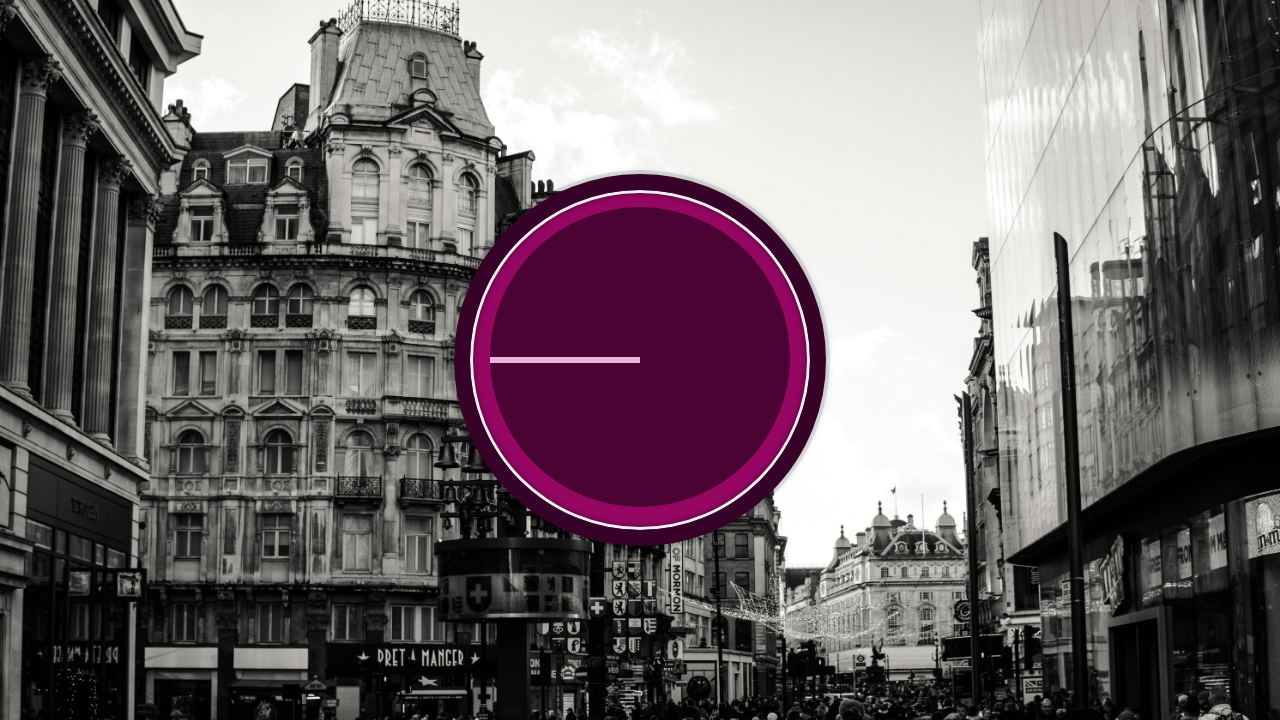
Repository: Freezler/javascript-css-clock
Page: index.html
The author's editor kept a copy of each file at every save. The page is drawn from the files as they stood at one save, then again after the next save.
The browser window is 1280 px wide. The pictures show the whole page.

Above is the page before, as saved 2024-08-24 15:51:51.

### index.html
<!DOCTYPE html>
<html lang="en">

<head>
    <meta charset="UTF-8">
    <title>JS + CSS Clock</title>
    <link rel="icon" href="https://fav.farm/🔥" />
    <link rel="stylesheet" href="style.css">
</head>

<body>
    <div class="clock">
        <div class="clock-face">
            <div class="hand hour-hand"></div>
            <div class="hand min-hand"></div>
            <div class="hand second-hand"></div>
        </div>
    </div>
    <script src="/main.js"></script>
</body>

</html>

### style.css
html {
    background: url(../javascriptCss-clock/igor.jpg) no-repeat center center fixed;
    background-repeat: no-repeat;
    background-attachment: fixed;
    background-position: center center;
    background-size: cover;
    font-family: 'system-ui', sans-serif;
    text-align: center;
    font-size: 10px;
}

body {
    margin: 0;
    font-size: 2rem;
    display: flex;
    flex: 1;
    min-height: 100vh;
    align-items: center;
}

.clock {
    width: 30rem;
    height: 30rem;
    border: 16px solid rgb(54, 2, 40);
    border-radius: 50%;
    margin: 50px auto;
    position: relative;
    padding: 2rem;
    box-shadow:
        0 0 0 4px rgba(0, 0, 0, 0.1),
        inset 0 0 0 3px #EFEFEF,
        inset 0 0 10px black,
        0 0 10px rgba(0, 0, 0, 0.2);
    background: rgb(150, 7, 100);
}

.clock-face {
    position: relative;
    width: 100%;
    height: 100%;
    transform: translateY(-3px);
    /* account for the height of the clock hands */
    background: rgba(0, 0, 0, 0.5);

    border-radius: 50%;
    z-index: 10;

}

.hand {
    width: 50%;
    height: 6px;
    background: rgb(240, 179, 221);
    position: absolute;
    top: 50%;
    z-index: 100;
}

Loaded but not shown: main.js (no stored copy; drawn as an empty file)

After the next save:
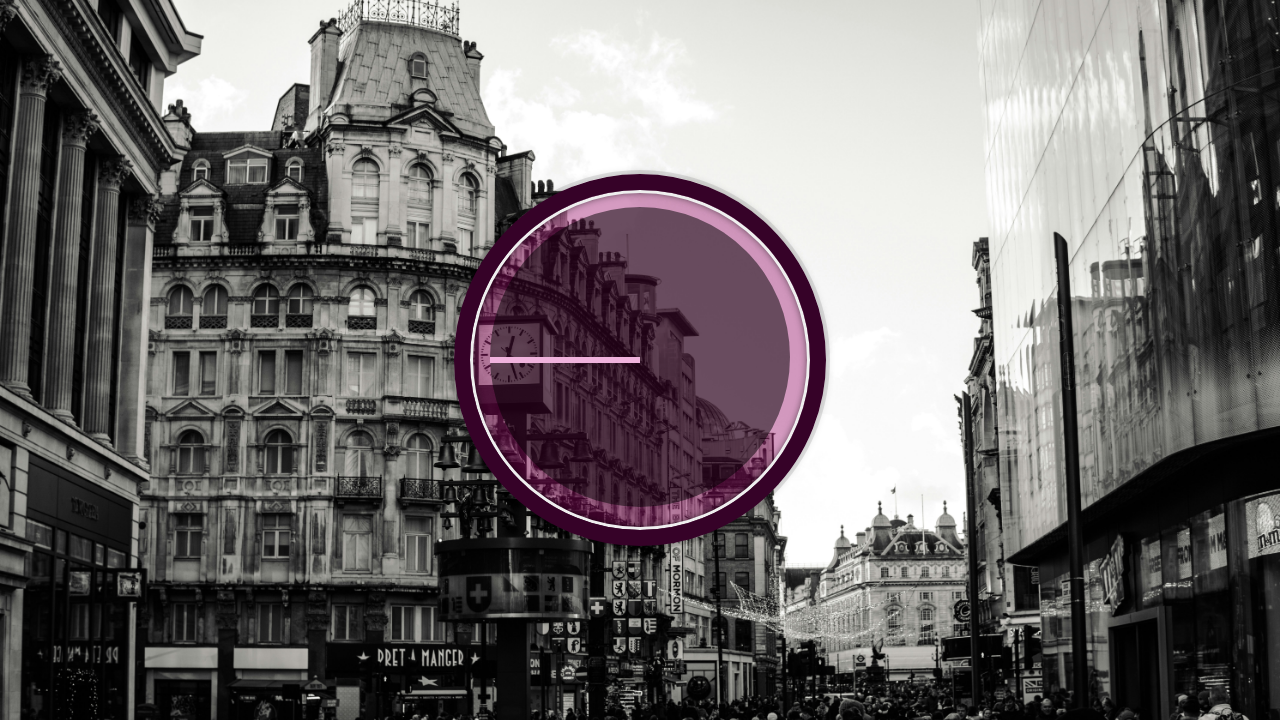
Saved 16 s later.
--- a/style.css
+++ b/style.css
@@ -31,7 +31,7 @@ body {
         inset 0 0 0 3px #EFEFEF,
         inset 0 0 10px black,
         0 0 10px rgba(0, 0, 0, 0.2);
-    background: rgb(150, 7, 100);
+    background: rgba(150, 7, 100,.4);
 }
 
 .clock-face {
